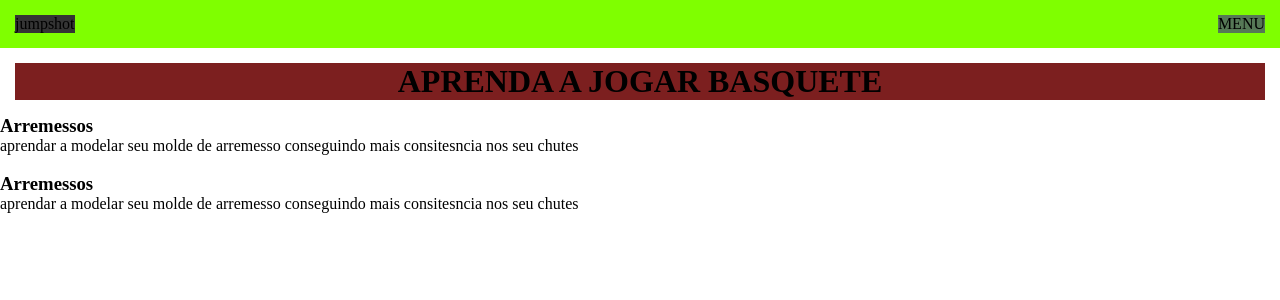
Repository: luisbisp/Jumpshot
Page: index.htm
These files come from the project's save history. The page is drawn as it stood at one moment and after the next save; the edit follows.
The browser window is 1280 px wide. The pictures show the whole page.

Above is the page before, as saved 2021-07-07 11:40:55.

### index.htm
<!DOCTYPE html>
<html lang="en">

<head>
    <meta charset="UTF-8">
    <meta http-equiv="X-UA-Compatible" content="IE=edge">
    <meta name="viewport" content="width=device-width, initial-scale=1.0">
    <link rel="stylesheet" href="./styles/styles.css">
    <title>jumpshot</title>
</head>

<body>
    <div class="container">  <!-- div com todo conteudo da pagina -->


        <header> <!-- div com conteudo do cabeçalho -->
            <div class="div-header">
                <div class="logo">jumpshot</div>
                <div class="menu">
                    MENU
                </div>
            </div>
            <div class="div-title">
                <h1> APRENDA A JOGAR BASQUETE</h1>
            </div>
        </header>

         <!-- divs com o conteudo da pagina -->
        <div class="content">
            <div class="words">
                <h3>Arremessos</h3>
                <p>aprendar a modelar seu molde de arremesso conseguindo mais consitesncia nos seu chutes</p>
            </div>
            <div class="image">
                <img src="" alt="">
            </div>
        </div>

        <div class="content">
            <div class="words">
                <h3>Arremessos</h3>
                <p>aprendar a modelar seu molde de arremesso conseguindo mais consitesncia nos seu chutes</p>
            </div>
            <div class="image">
                <img src="" alt="">
            </div>
        </div>

    </div>
</body>

</html>

### styles/styles.css
*{
    margin: 0;
    padding: 0;
}


 .div-header{
        background-color: chartreuse;
       display: flex;
       justify-content: space-between;
}

.logo{
    background-color: #343434;
    margin: 15px;
}

.menu{
    background-color: #567856;
    margin: 15px;
}

.div-title{
    background-color: rgb(124, 31, 31);
    display: flex;
    justify-content: center;
    margin: 15px;
}

After the next save:
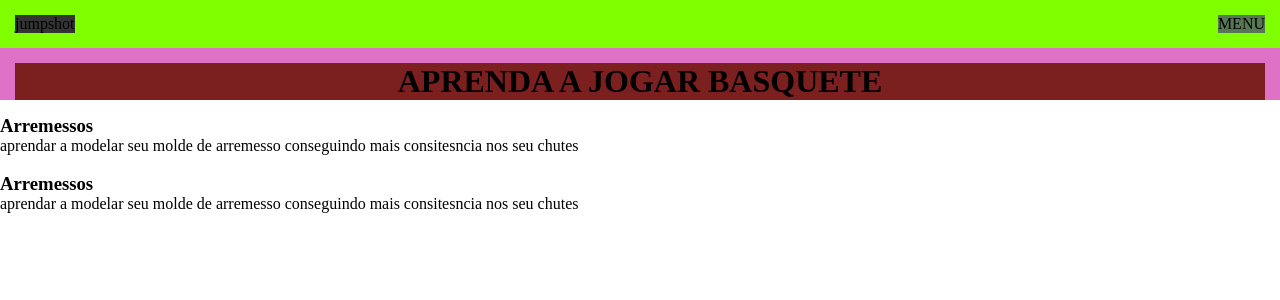
Saved 22 s later.
--- a/styles/styles.css
+++ b/styles/styles.css
@@ -3,7 +3,9 @@
     padding: 0;
 }
 
-
+ header {
+     background-color: rgb(223, 113, 199);
+ }
  .div-header{
         background-color: chartreuse;
        display: flex;
